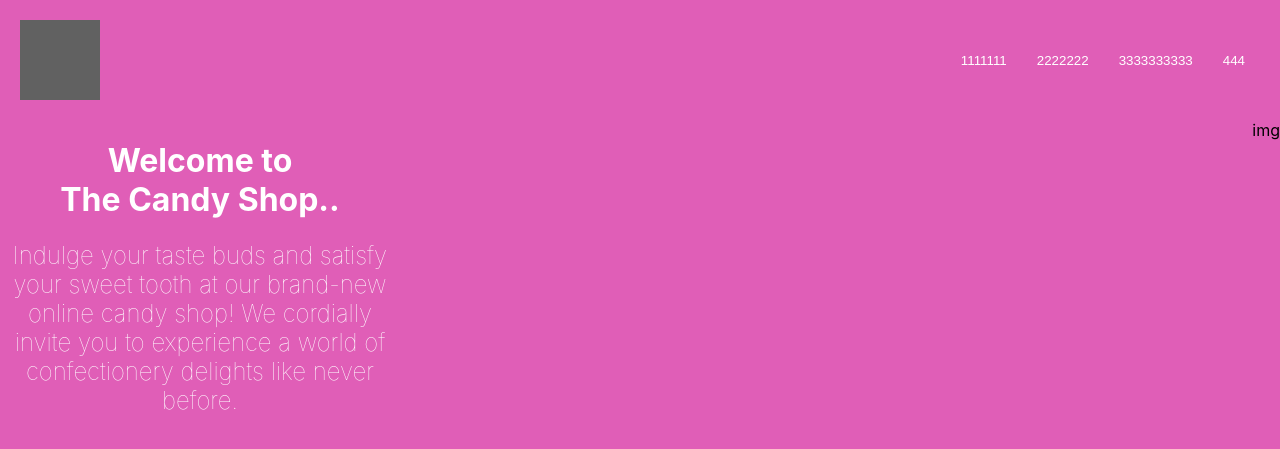
Repository: nika-otter/CandyShop
Page: /
An editor plug-in stored every save of this project. The page is shown before and after the next save, followed by the edit.
The browser window is 1280 px wide. The pictures show the whole page.
Pictures or frames that could not be fetched are drawn as grey boxes. An inner scrolling area shows only its first screen. The project was rebuilt for these pictures with package versions that can differ from the ones it lists, and the page was loaded fresh each time.

Above is the page before, as saved 2023-06-10 16:55:24.

### src/App.js
import "./App.css";
import Main from "./Pages/Main";

function App() {
  return (
    <div className="App">
      <Main />
    </div>
  );
}

export default App;

### src/App.css
.App {
  text-align: center;
  /* scrollbar-width: none; */
}

.App-logo {
  height: 40vmin;
  pointer-events: none;
}

@media (prefers-reduced-motion: no-preference) {
  .App-logo {
    animation: App-logo-spin infinite 20s linear;
  }
}

.App-header {
  background-color: #282c34;
  min-height: 100vh;
  display: flex;
  flex-direction: column;
  align-items: center;
  justify-content: center;
  font-size: calc(10px + 2vmin);
  color: white;
}

.App-link {
  color: #61dafb;
}

@keyframes App-logo-spin {
  from {
    transform: rotate(0deg);
  }
  to {
    transform: rotate(360deg);
  }
}

### src/Pages/Main.jsx
import Cupcake from "../components/Cupcake";
import Map from "../components/Map";
import Reviews from "../components/Reviews";
import We from "../components/We";
import WhatWeDo from "../components/WhatWeDo";
import classes from "./Main.module.scss";

function Main() {
  return (
    <div className={classes.container}>
      <Cupcake />
      <We />
      <WhatWeDo />
      <Reviews />
      <Map />
    </div>
  );
}

export default Main;

### src/components/Cupcake.jsx
import classes from "./Cupcake.module.scss";
import Nav from "./Nav";
function Cupcake() {
  return (
    <div className={classes.container}>
      <Nav />
      <div className={classes.content}>
        <div className={classes.info}>
          <h1 className={classes.cupcake__title}>
            Welcome to
            <br />
            The Candy Shop..
          </h1>
          <h2 className={classes.cupcake__subtitle}>
            Indulge your taste buds and satisfy your sweet tooth at our
            brand-new online candy shop! We cordially invite you to experience a
            world of confectionery delights like never before.
          </h2>
        </div>
        <div className={classes.cupcake}>img</div>
      </div>
    </div>
  );
}

export default Cupcake;

### src/components/Map.jsx
import classes from "./Map.module.scss";
function Map() {
  return <div className={classes.container}></div>;
}

export default Map;

### src/components/Reviews.jsx
import classes from "./Reviews.module.scss";
function Reviews() {
  return <div className={classes.container}>Reviews</div>;
}

export default Reviews;

### src/components/We.jsx
import classes from "./We.module.scss";
function We() {
  return <div className={classes.container}>We</div>;
}

export default We;

### src/components/WhatWeDo.jsx
import classes from "./WhatWeDo.module.scss";
function WhatWeDo() {
  return <div className={classes.container}>WhatWeDo</div>;
}

export default WhatWeDo;

### src/Pages/Main.module.scss
.container {
  height: 100vh;
  background-color: pink;
  scroll-snap-type: y mandatory;
  scroll-behavior: smooth;
  overflow-y: auto;
  scrollbar-width: none;
  &::-webkit-scrollbar {
    display: none;
  }
}

### src/components/Cupcake.module.scss
.container {
  height: 100vh;
  background-color: rgb(224, 94, 183);
  scroll-snap-align: center;
}
.content {
  display: flex;
  justify-content: space-between;
}
.info {
  width: 400px;
}
.cupcake__title {
  //   font-size: large;
  color: white;
}
.cupcake__subtitle {
  color: white;
  font-weight: 100;
}
.cupcake {
  //   width: 500vw;
}

### src/components/Nav.jsx
import classes from "./Nav.module.scss";
function Nav() {
  return (
    <nav className={classes.container}>
      <img
        src="https://cdn-icons-png.flaticon.com/512/1888/1888765.png"
        alt=""
      />
      <div>
        {" "}
        <button>1111111</button>
        <button>2222222</button>
        <button>3333333333</button>
        <button>444</button>
      </div>
    </nav>
  );
}

export default Nav;

### src/components/Map.module.scss
.container {
  height: 100vh;
  background-color: rgb(205, 127, 140);
  scroll-snap-align: center;
}

### src/components/Reviews.module.scss
.container {
  height: 100vh;
  background-color: pink;
  scroll-snap-align: center;
}

### src/components/We.module.scss
.container {
  height: 100vh;
  background-color: rgb(209, 183, 188);
  scroll-snap-align: center;
}

### src/components/WhatWeDo.module.scss
.container {
  height: 100vh;
  background-color: rgb(171, 116, 125);
  scroll-snap-align: center;
}

### src/components/Nav.module.scss
.container {
  display: flex;
  justify-content: space-between;
  padding: 20px;
  max-width: 1400px;
  align-items: center;
  img {
    width: 80px;
    height: 80px;
    filter: invert(100%);
  }
  button {
    background-color: transparent;
    border: none;
    cursor: pointer;
    padding: 5px;
    margin: 10px;
    color: white;
    &:hover {
      background-color: #f5f5f530;
      border-radius: 5px;
    }
  }
}

Loaded but not shown: public/index.html (common file); src/index.js (common file); src/index.css (common file)

After the next save:
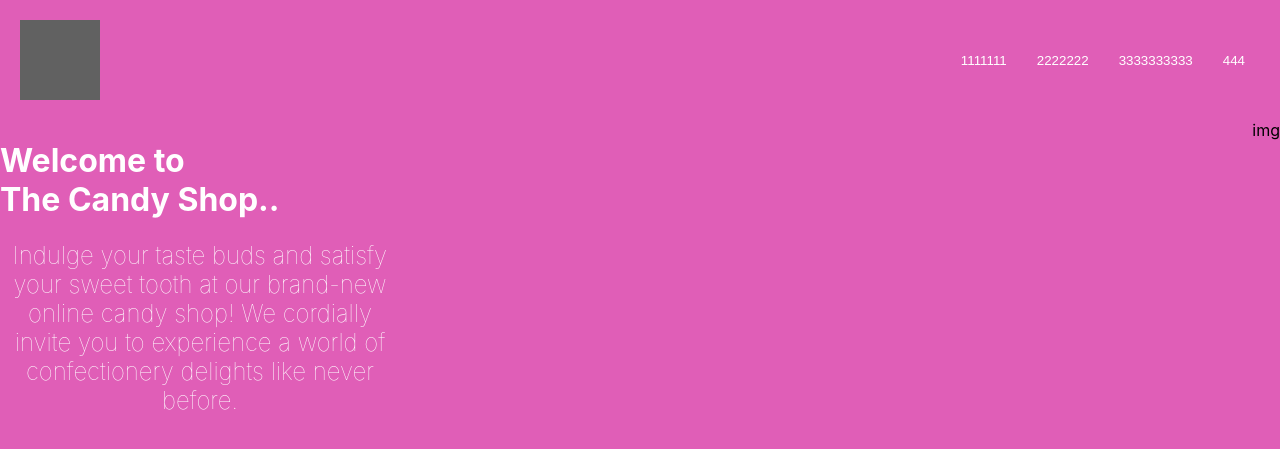
Saved 19 s later.
--- a/src/components/Cupcake.module.scss
+++ b/src/components/Cupcake.module.scss
@@ -13,6 +13,7 @@
 .cupcake__title {
   //   font-size: large;
   color: white;
+  text-align: start;
 }
 .cupcake__subtitle {
   color: white;
